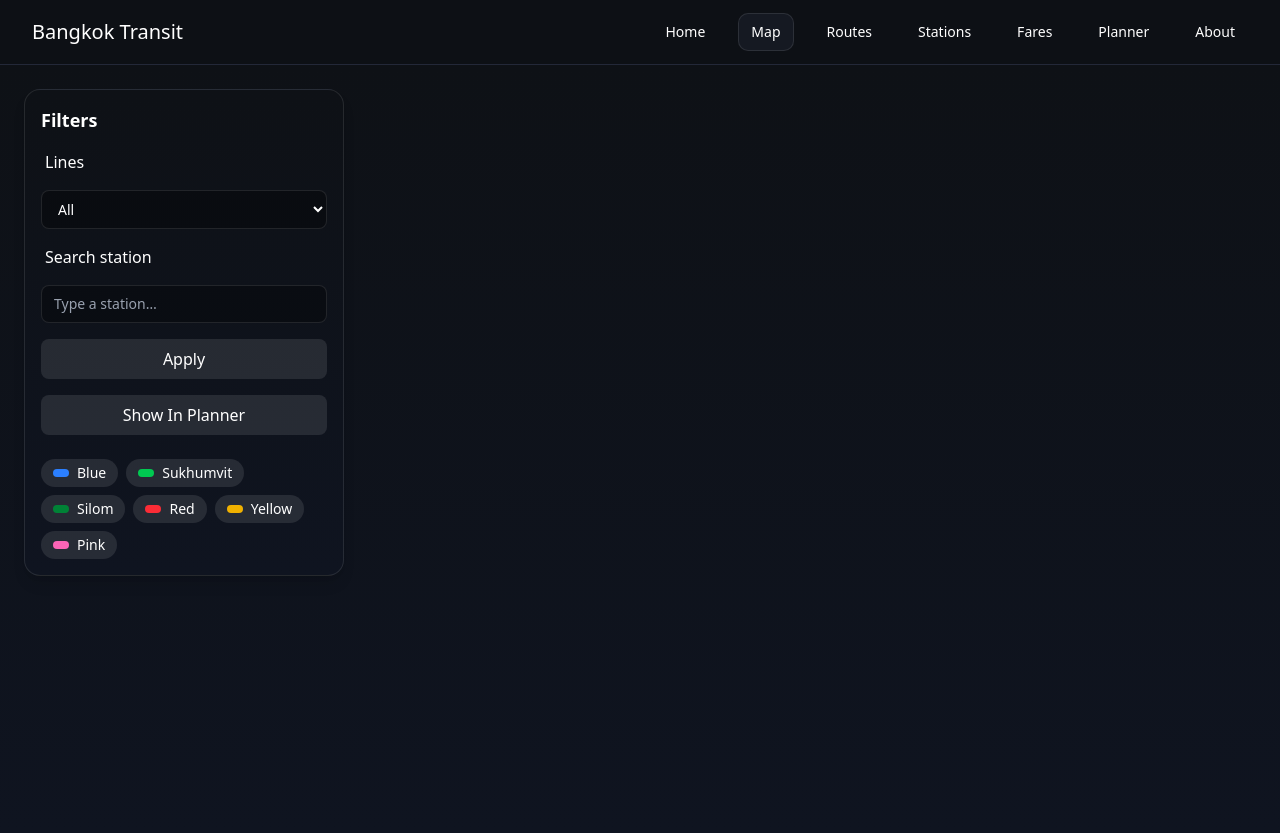
Repository: pyaestk/Bangkok-transit-map
Page: /map
An editor plug-in stored every save of this project. The page is shown before and after the next save, followed by the edit.
The browser window is 1280 px wide. The pictures show the whole page.
The project was rebuilt for these pictures with package versions that can differ from the ones it lists, and the page was loaded fresh each time. Also part of the build but not shown: vite.config.ts, src/pages/Home.tsx, src/pages/Planner.tsx, src/pages/Stations.tsx, src/pages/TrainRoutes.tsx, src/pages/Fares.tsx, src/pages/About.tsx.

Above is the page before, as saved 2025-10-04 10:10:21.

After the next save:
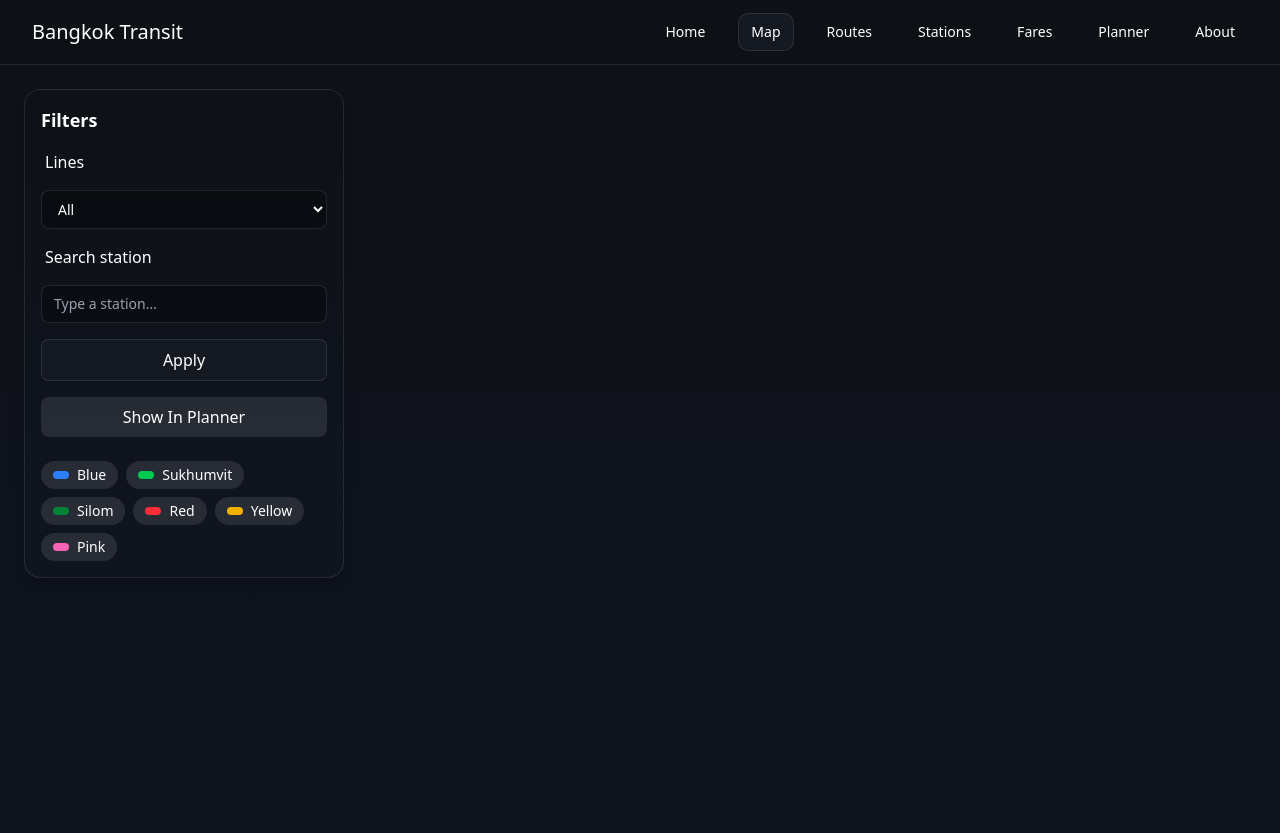
Saved 46 s later.
--- a/src/component/FiltersCard.tsx
+++ b/src/component/FiltersCard.tsx
@@ -22,7 +22,7 @@ export default function FiltersCard() {
 
       {/* Buttons */}
       <div className="flex flex-col space-y-4 mt-4">
-        <button className="px-4 py-2 rounded-lg bg-white/10 hover:bg-white/20">Apply</button>
+        <button className="px-4 py-2 rounded-lg bg-[#151922] border text-white border-white/10 hover:bg-white/20">Apply</button>
         <button className="px-4 py-2 rounded-lg bg-white/10 hover:bg-white/20">Show In Planner</button>
       </div>
 
